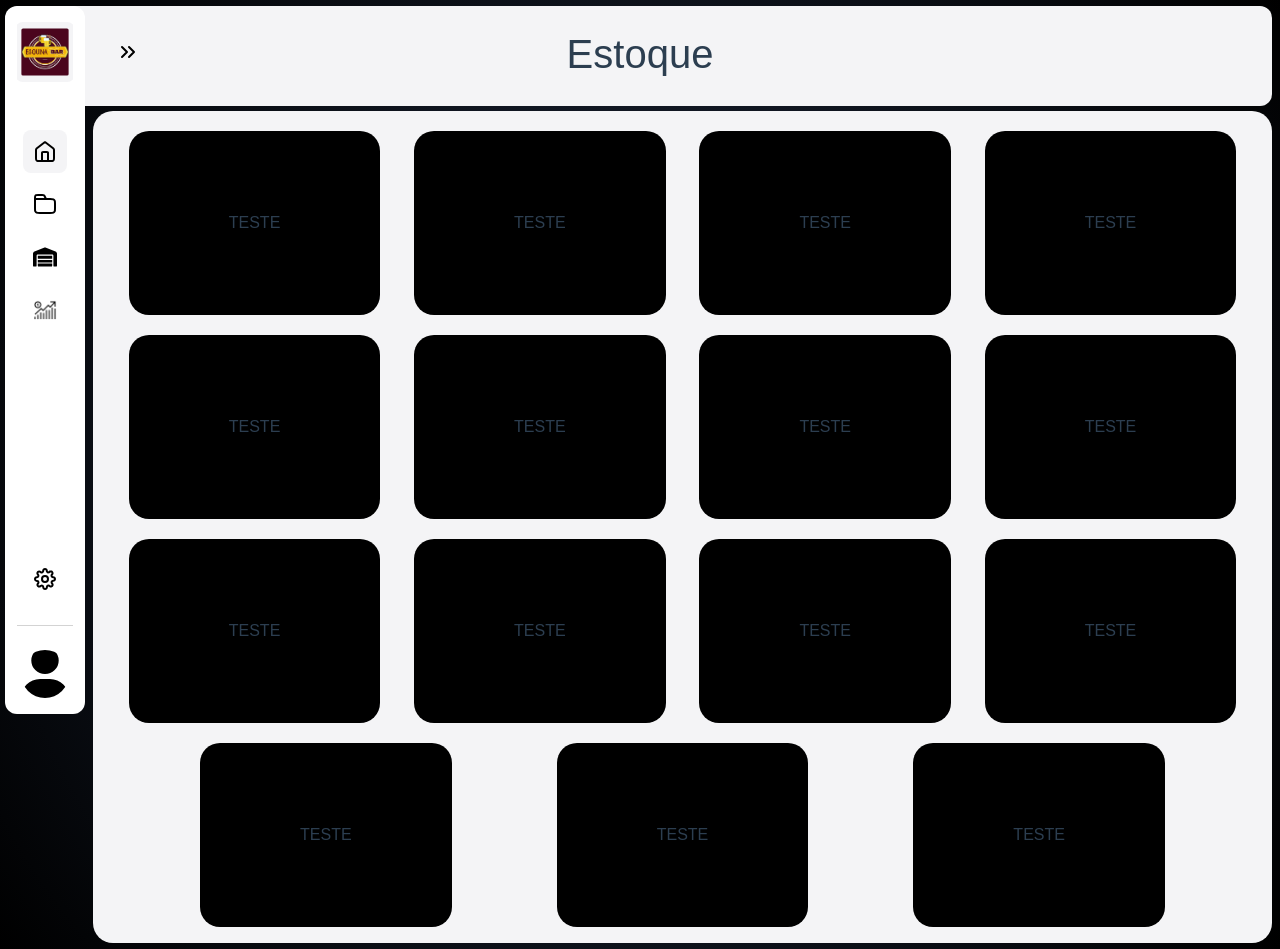
Repository: jazaoo13/Projeto_Oficina_Integracao
Page: / (app in Aplicacao_vue/)
An editor plug-in stored every save of this project. The page is shown before and after the next save, followed by the edit.
The browser window is 1280 px wide. The pictures show the whole page.
The page's requests for data from a server got no answer. The project was rebuilt for these pictures with package versions that can differ from the ones it lists, and the page was loaded fresh each time. No one was signed in, and anything a server would have sent is missing. Also part of the build but not shown: Aplicacao_vue/vue.config.js, Aplicacao_vue/src/View/jazao.vue.

Above is the page before, as saved 2023-11-19 17:06:40.

After the next save:
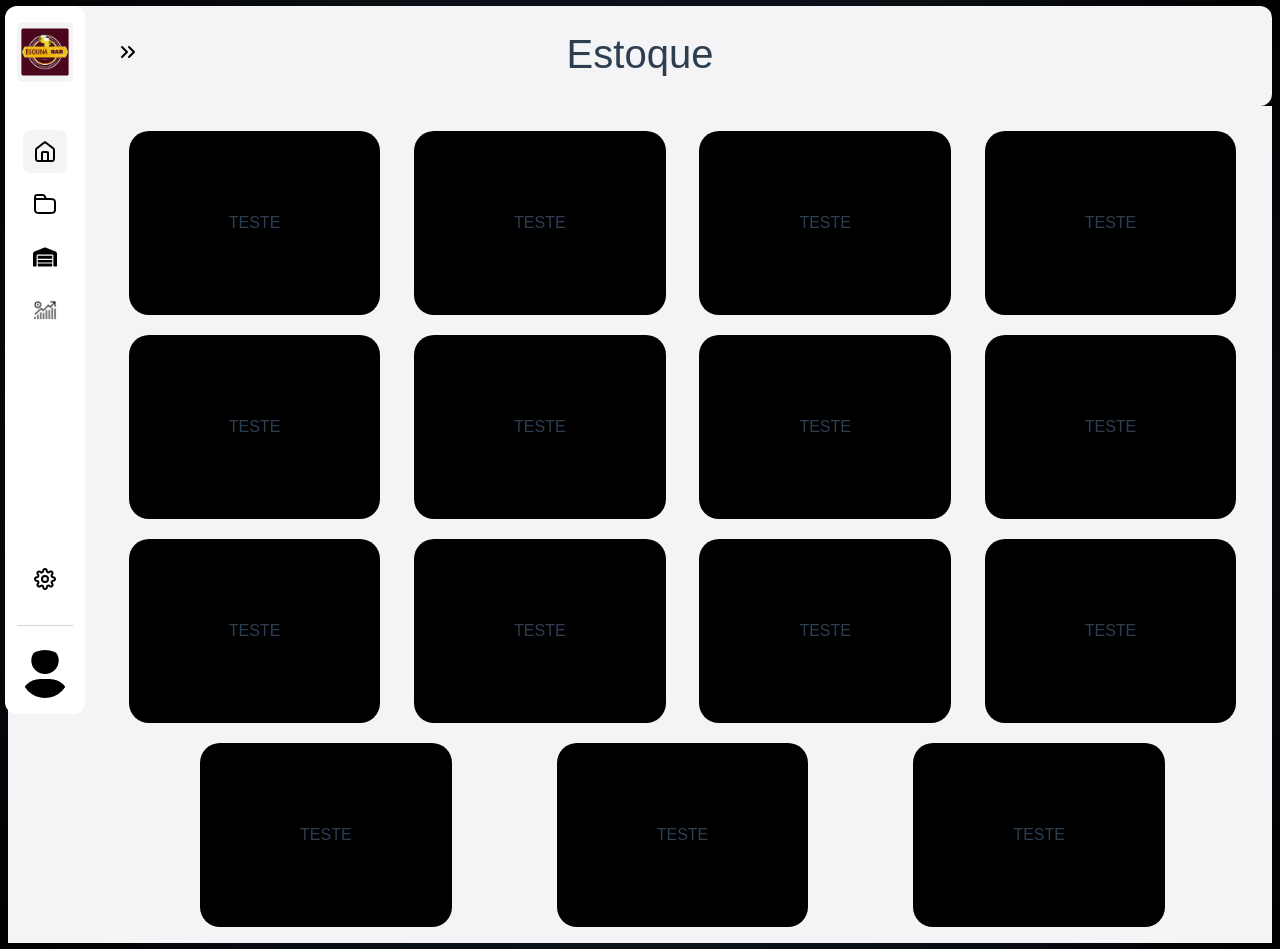
Saved 38 s later.
--- a/Aplicacao_vue/src/components/EstoqueView.vue
+++ b/Aplicacao_vue/src/components/EstoqueView.vue
@@ -1,5 +1,6 @@
 <template>
-    <div class="row"  :class="{ 'isActive': this.$store.state.isActive }">
+    <div class="fundo">
+        <div class="row" :class="{ 'isActive': this.$store.state.isActive }">
             <ul class="teste">
                 <li class="items">TESTE</li>
                 <li class="items">TESTE</li>
@@ -20,50 +21,56 @@
                 <li class="items">TESTE</li>
                 <li class="items">TESTE</li> -->
             </ul>
+        </div>
     </div>
 </template>
 
 <script>
 
 import { mapState } from 'vuex'
-    export default {
-        name:"EstoqueView",
-        methods: {
+export default {
+    name: "EstoqueView",
+    methods: {
         computed: {
             ...mapState(['isActive'])
         }
     },
-    }
+}
 </script>
 
 <style lang="scss" scoped>
-.row{
-    background-color: #f4f4f6;
+.row {
     width: calc(100% - 85px);
     margin-left: auto;
     border-radius: 20px;
     margin-top: 5px;
-    margin-right:0px;
+    margin-right: 0px;
     height: calc(100% - 10px);
-    transition: width 500ms ease ;
-    &.isActive{
-        width:calc(100% - 245px);
-        transition: width 500ms ease ;
+    transition: width 500ms ease;
+
+    &.isActive {
+        width: calc(100% - 245px);
+        transition: width 500ms ease;
     }
 }
-.items{
+.fundo{
+    background-color: #f4f4f6;
+    height: 100%;
+}
+
+.items {
     background-color: black;
     padding: 80px 100px;
     margin: 20px 10px 0px;
     border-radius: 20px;
     list-style-type: none;
 }
-.teste{
+
+.teste {
     display: flex;
     flex-direction: row;
-    justify-content:space-evenly ;
+    justify-content: space-evenly;
     flex-wrap: wrap;
     flex-grow: 2;
     align-items: flex-start;
-}
-</style>
+}</style>
